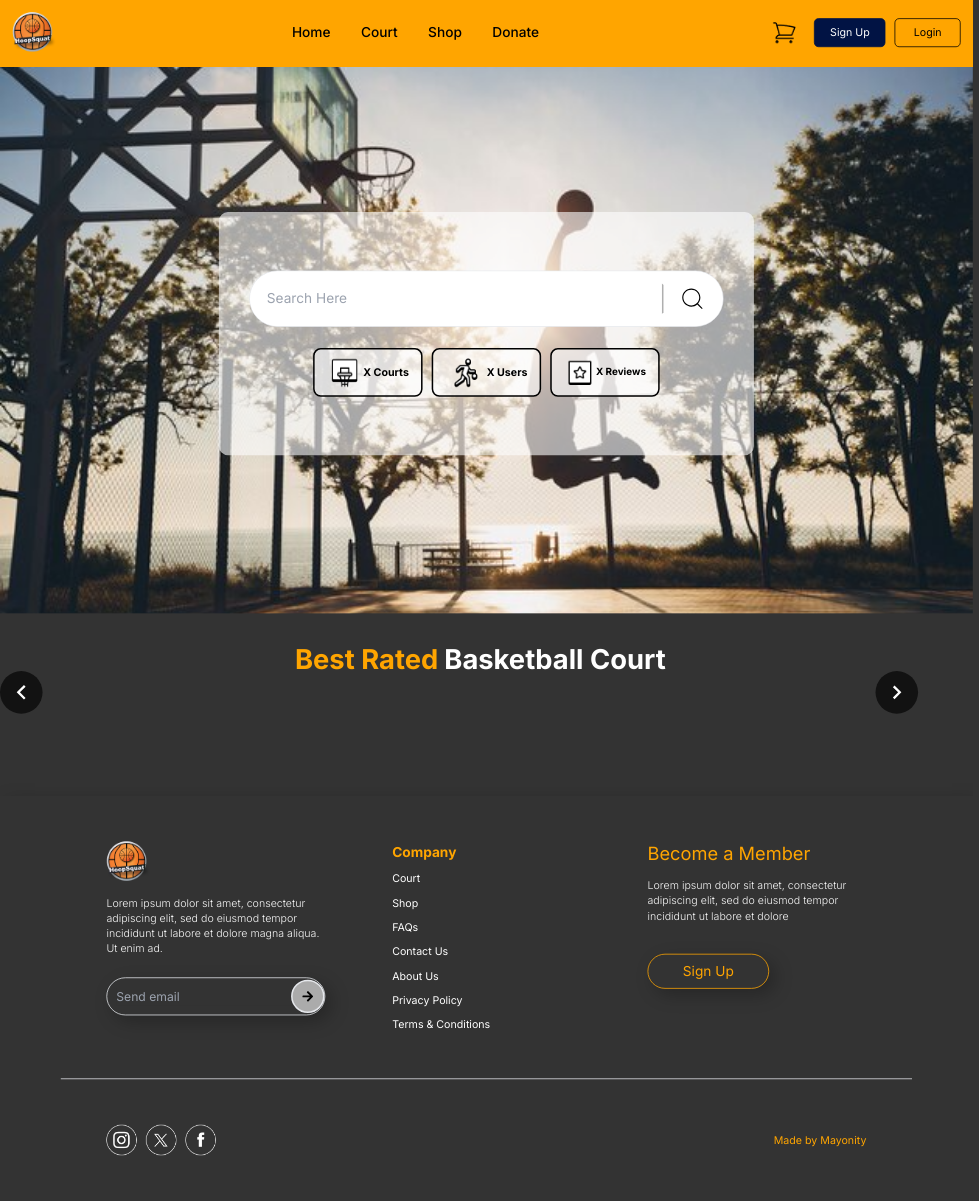
Repository: Abdul-Hannan232/basket-ball-website
Page: /
An editor plug-in stored every save of this project. The page is shown before and after the next save, followed by the edit.
The browser window is 1280 px wide. The page is 1280 px wide, then 1288 px, so the pictures cover 1288 px, including what lies to the right of the window. The pictures show the whole page, at 76% of full size.
The page's requests for data from a server got no answer. The project was rebuilt for these pictures with package versions that can differ from the ones it lists, and the page was loaded fresh each time. The framework's server and built-in components were replaced by stand-ins that run in the browser. No one was signed in, and anything a server would have sent is missing. Also part of the build but not shown: next.config.mjs, app/utils/rating.js.

Above is the page before, as saved 2024-09-15 21:38:47.

After the next save:
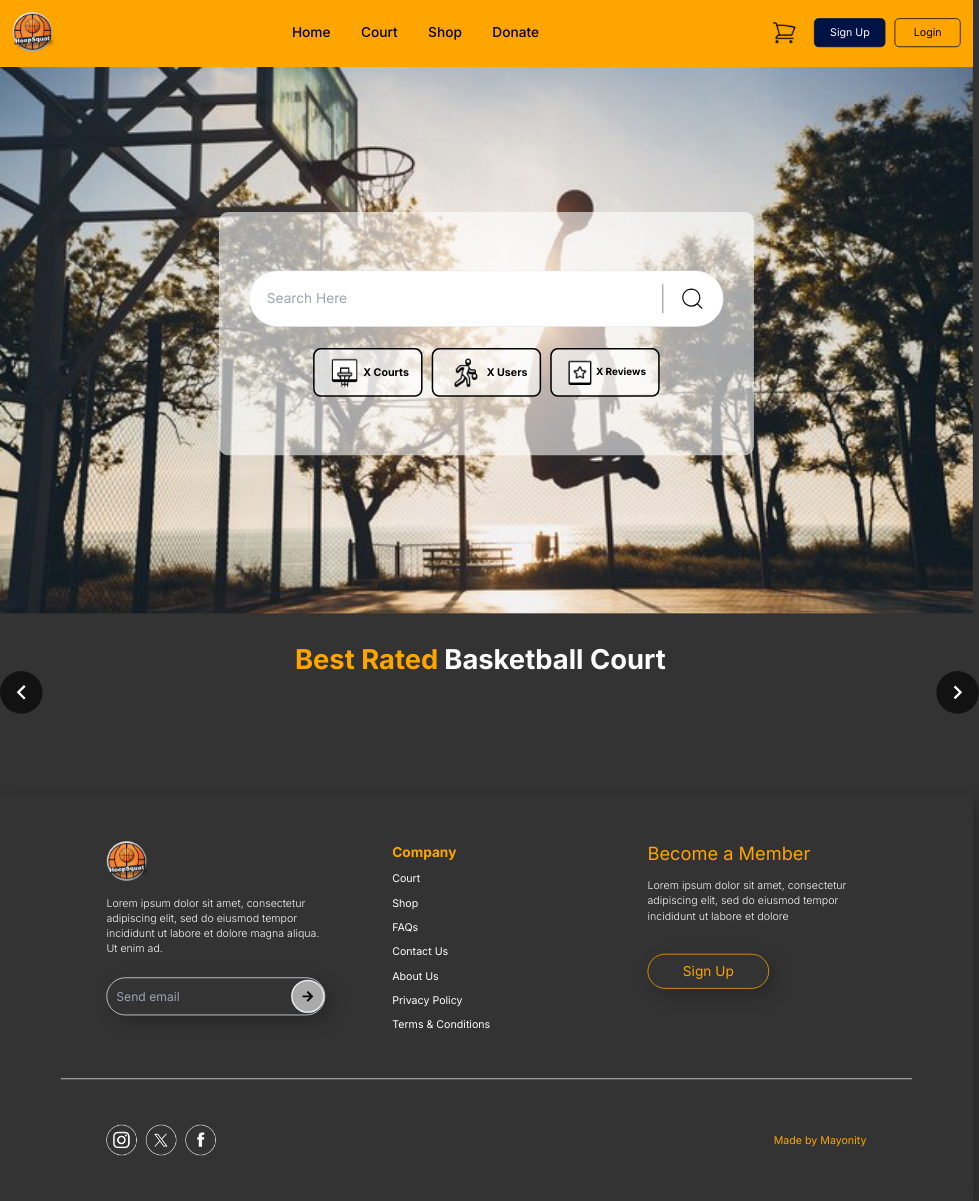
Saved 13 s later.
--- a/app/component/CourtsSlider.js
+++ b/app/component/CourtsSlider.js
@@ -138,7 +138,7 @@ const CourtsSlider = ({ slide }) => {
                         </div>
 
 
-                        <div className='slick- slick-arrow'>
+                        <div className='slick- slick-arrow md:-mr-20'>
                             <div className="bg-[#000000A6] text-white text-7xl md:p-[10px] flex items-center justify-center cursor-pointer md:w-14 md:h-14 w-10 h-10 text-center font-bold  rounded-full" onClick={goToNext}>
                                 <MdOutlineKeyboardArrowRight />
                             </div>
